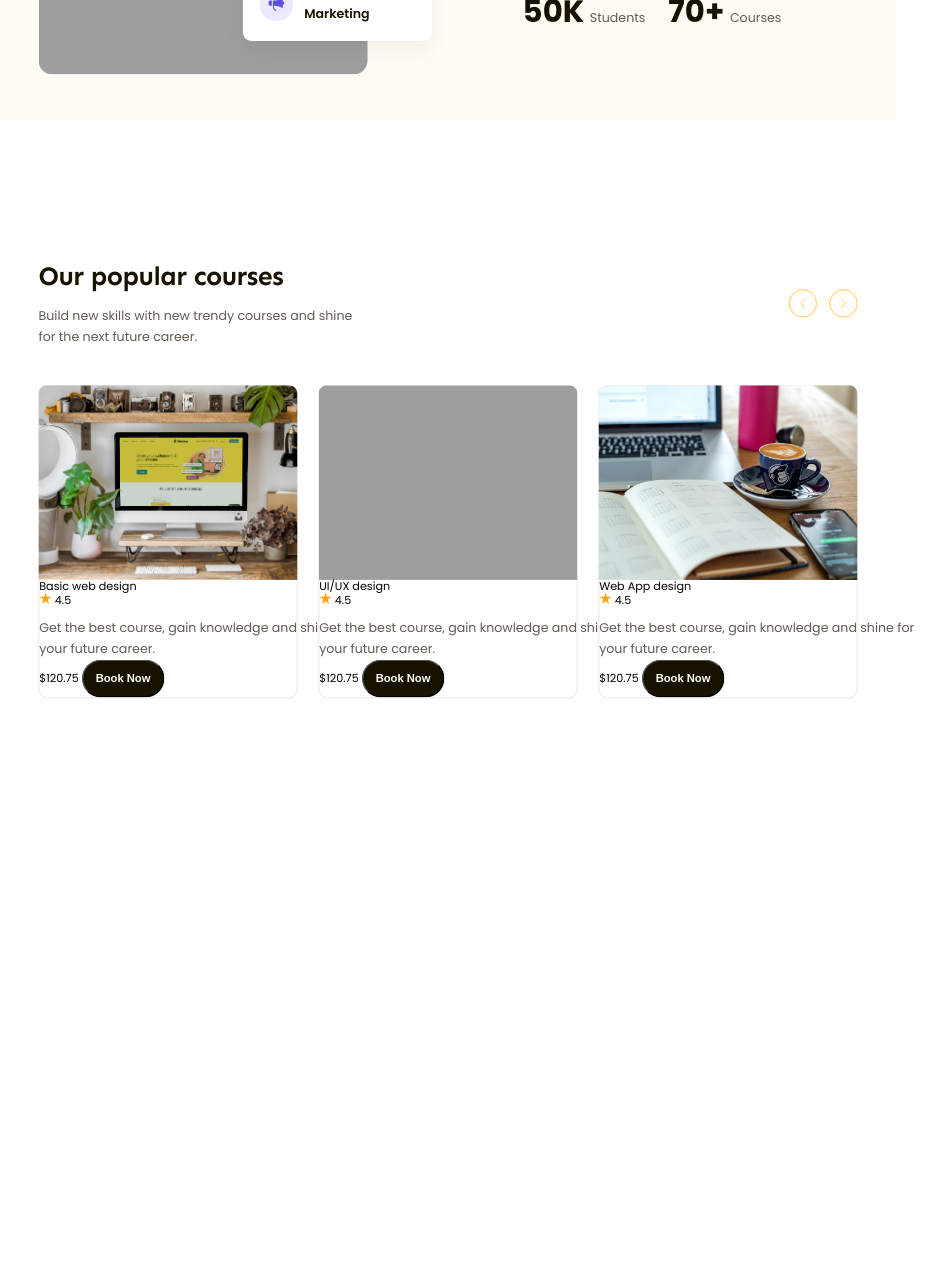
Repository: dovanlanh/f8-project-02
Page: index.html
These files come from the project's save history. The page is drawn as it stood at one moment and after the next save; the edit follows.
The browser window is 1280 px wide. The page is 1314 px wide, then 1336 px, so the pictures cover 1336 px, including what lies to the right of the window. The pictures show the part of the page from y = 728 to 2568 px (the page is 10000 px tall), at 70% of full size.
Pictures or frames that could not be fetched are drawn as grey boxes.

Above is the page before, as saved 2023-02-05 17:58:28.

### index.html
<!DOCTYPE html>
<html lang="en">
<head>
    <meta charset="UTF-8">
    <meta http-equiv="X-UA-Compatible" content="IE=edge">
    <meta name="viewport" content="width=device-width, initial-scale=1.0">
    <title>F8 Project 02</title>
    <!-- reset css -->
    <link rel="stylesheet" href="./assets/css/reset.css">
    <!-- embed fonts -->
    <link rel="preconnect" href="https://fonts.googleapis.com">
    <link rel="preconnect" href="https://fonts.gstatic.com" crossorigin>
    <link href="https://fonts.googleapis.com/css2?family=Poppins:ital,wght@0,400;0,500;0,600;0,700;1,400&family=Sen:wght@700&display=swap" rel="stylesheet">
    <!-- style -->
    <link rel="stylesheet" href="./assets/css/styles.css">
</head>
<body>
    <main style=" height: 10000px">
        <!-- header  -->
        <header class="header fixed">
            <div class="main-content">
                    <div class="body">
                        <!-- logo -->
                        <img src="./assets/img/Lesson.svg" alt="Lesson" class="Logo">
                        <!-- nav -->
                        <nav class="nav">
                            <ul>
                                <li class="active">
                                    <a href="#!">Home</a>
                                </li>
                                <li>
                                    <a href="#!">Courses</a>
                                </li>
                                <li>
                                    <a href="#!">Pricing</a>
                                </li>
                                <li>
                                    <a href="#!">Reviews</a>
                                </li>
                            </ul>
                        </nav>
                        <!-- active -->
                        <div class="action">
                            <a href="#!" class="btn sign-up-btn">Sign Up</a>
                        </div>
                    </div>
            </div>
        </header>
        <!-- Hero -->
        <div class="hero">
            <div class="main-content">
                <div class="body">
                    <!-- Hero left -->
                    <div class="media-block">
                        <img src="./assets/img/guy-lesson.svg" alt="" class="img">
                        <div class="hero-summary">
                            <div class="item">
                                <div class="icon">
                                    <img src="./assets/img/list-icon1.svg" alt="">
                                </div>
                                <div class="info">
                                    <p class="label">20 Courses</p>
                                    <p class="tittle">UI/UX Design</p>
                                </div>
                            </div>
                            <div class="item">
                                <div class="icon">
                                    <img src="./assets/img/list-icon2.svg" alt="">
                                </div>
                                <div class="info">
                                    <p class="label">20 Courses</p>
                                    <p class="tittle">Development</p>
                                </div>
                            </div>
                            <div class="item">
                                <div class="icon">
                                    <img src="./assets/img/list-icon3.svg" alt="">
                                </div>
                                <div class="info">
                                    <p class="label">30 Courses</p>
                                    <p class="tittle">Marketing</p>
                                </div>
                            </div>
                        </div>
                    </div>
                    <!-- hero-right -->
                    <div class="content-block">
                        <h1 class="heading lv1">Learn without limits and spread knowledge.</h1>
                        <p class="desc">
                            Build new skills for that “this is my year” feeling with courses, certificates, and degrees from world-class universities and companies.
                        </p>
                            <div class="cta-group">
                                <a href="#!" class="btn hero-cta">See Courses</a>
                                <button class="watch-video">
                                    <div class="icon">
                                        <img src="./assets/img/icon-watch-video.svg" alt="">
                                    </div>
                                    <span>Watch Video</span>
                                </button>
                            </div>
                        <p class="desc">Recent engagement</p>
                        <div class="desc stats">
                            <strong>50K</strong>Students
                            <strong>70+</strong>Courses
                        </div>
                    </div>
                </div>
            </div>
        </div>
        <!-- Popular -->
        <div class="popular">
            <div class="main-content">
                <!-- popular top -->
                <div class="popular-top">
                    <div class="info">
                        <h2 class="heading lv2">Our popular courses</h2>
                        <p class="desc">Build new skills with new trendy courses and shine for the next future career.</p>
                    </div>
                    <div class="controls">
                        <button class="control-btn">
                            <svg width="8" height="14" viewBox="0 0 8 14" fill="none" xmlns="http://www.w3.org/2000/svg">
                                <path d="M7 1L1 7L7 13" stroke="currentColor" stroke-linecap="round" stroke-linejoin="round"/>
                            </svg>
                        </button>
                        <button class="control-btn">
                            <svg width="8" height="14" viewBox="0 0 8 14" fill="none" xmlns="http://www.w3.org/2000/svg">
                                <path d="M1 1L7 7L1 13" stroke="currentColor" stroke-linecap="round" stroke-linejoin="round"/>
                            </svg>
                        </button>
                    </div>
                </div>
                <!-- popular-bottom -->
                <div class="course-list">
                    <!-- course item 1 -->
                    <div class="course-item">
                        <img src="./assets/img/img-popular/course1.jpg" alt="Basic web design" class="thumb">
                        <div class="info">
                            <div class="head">
                                <h3 class="tittle">Basic web design</h3>
                                <div class="rating">
                                    <img src="./assets/img/Star.svg" alt="star" class="star">
                                    <span class="value">4.5</span>
                                </div>
                            </div>
                            <p class="desc">Get the best course, gain knowledge and shine for your future career.</p>
                            <div class="foot">
                                <span class="price">$120.75</span>
                                <button class="btn">Book Now</button>
                            </div>
                        </div>
                    </div>
                    <!-- course item 2 -->
                    <div class="course-item">
                        <img src="./assets/img/img-popular/course2.jpg" alt="UI/UX design" class="thumb">
                        <div class="info">
                            <div class="head">
                                <h3 class="tittle">UI/UX design</h3>
                                <div class="rating">
                                    <img src="./assets/img/Star.svg" alt="star" class="star">
                                    <span class="value">4.5</span>
                                </div>
                            </div>
                            <p class="desc">Get the best course, gain knowledge and shine for your future career.</p>
                            <div class="foot">
                                <span class="price">$120.75</span>
                                <button class="btn">Book Now</button>
                            </div>
                        </div>
                    </div>
                    <!-- course item 3 -->
                    <div class="course-item">
                        <img src="./assets/img/img-popular/course3.jpg" alt="Web App design" class="thumb">
                        <div class="info">
                            <div class="head">
                                <h3 class="tittle">Web App design</h3>
                                <div class="rating">
                                    <img src="./assets/img/Star.svg" alt="star" class="star">
                                    <span class="value">4.5</span>
                                </div>
                            </div>
                            <p class="desc">Get the best course, gain knowledge and shine for your future career.</p>
                            <div class="foot">
                                <span class="price">$120.75</span>
                                <button class="btn">Book Now</button>
                            </div>
                        </div>
                    </div>
                </div>
            </div>
        </div>

    </main>
</body>
</html>

### assets/css/styles.css
* {
    box-sizing: border-box;
}
:root {
    --font-heading: sen, sans-serif;
    --primary-color:#FFB900;
}
html,
body {
    scroll-behavior: smooth;
    font-size: 62.5%;
}

html {
    font-size: 62.5%;
}

body {
    font-size: 1.6rem;
    font-family: 'Poppins', sans-serif;
}

/* common */
.heading {
    font-family: var(--font-heading);
    font-weight: 700;
    letter-spacing: -0.02em;
    color: #171100;
}
a {
    text-decoration: none;
}
.main-content {
    width: 1170px;
    max-width: calc(100% - 48px);
    margin-left: auto;
    margin-right: auto;
}
.btn {
    min-width: 118px;
    display: inline-block;
    padding: 0 16px;
    align-items: center;
    line-height: 50px;
    font-weight: 600;
    font-size: 1.6rem;
    text-align: center;
    color: #FFFFFF;
    background: #171100;
    border-radius: 999px;
}
.btn:hover {
    opacity: 0.9;
}
/* header */
.header {
    background:#FFFCF4;
}
.header.fixed {
    position: sticky;
    top: -32px;
    z-index: 1;
}
.header .body {
    display: flex;
    align-items: center;
    padding: 36px 0 8px;
}
.nav ul {
    display: flex;
}

.nav {
    margin-left: auto;
}
.nav a {
    position: relative;
    padding: 8px 21px;
    font-weight: 400;
    font-size: 1.6rem;
    color: #5F5B53;
}
.nav a:hover,
.nav li.active a {
    text-shadow: 1px 0 0 currentColor;
    color: #171100;
}
.nav li.active a::after {
    left: 21px;
    bottom: 6px;
    display: block;
    content: "";
    position: absolute;
    width: 12px;
    height: 2px;
    background: #171100;
    border-radius: 1px;
}
.header .sign-up-btn {
    min-width: 144px;
}
.header .action {
    margin-left: 49px;
}

/* hero */
.hero {
    padding: 56px 0 65px;
    background:#FFFCF4;
}
.hero .body {
    display: flex;
}
/* hero left */
.hero .media-block {
    width: 48%;
    position: relative;
}

.hero .media-block .img {
    width: 470px;
    height: 685px;
    object-fit: cover;
    border-radius: 20px;
    display: block;
}
.hero .media-block .hero-summary {
    position: absolute;
    right: 0;
    bottom: 48px;
}
.hero .hero-summary {
    width: 270px;
    padding: 24px;
    background: #FFFFFF;
    box-shadow: 0px 16px 32px rgba(0, 0, 0, 0.05);
    border-radius: 12px;
}
.hero-summary .item {
    display: flex;
    align-items: center;
}
.hero-summary .icon {
    width: 48px;
    height: 48px;
    border-radius: 50%;
    display: flex;
    align-items: center;
    justify-content: center;
    background: #FFF9E8;
}
.hero-summary .info {
    margin-left: 16px;
}
.hero-summary .label {
    font-weight: 400;
    font-size: 1.4rem;
    line-height: 1.86;
    color: #5F5B53;
}
.hero-summary .tittle {
    font-weight: 600;
    font-size: 1.8rem;
    line-height: 1.67;
    color: #171100;
}
.hero-summary .item + .item {
    margin-top: 22px;
}
.hero-summary .item:nth-of-type(2) .icon {
    background: #FCEFFF;
}
.hero-summary .item:nth-of-type(3) .icon {
    background: #EBEAFF;
}
/* hero right */
.hero .content-block {
    width: 52%;
    padding: 64px 0 0 130px;
}
.hero .content-block .heading.lv1 {
    font-size: 5.8rem;
    line-height: 1.17;
}
.content-block .desc {
    margin-top: 22px;
    font-weight: 400;
    font-size: 1.8rem;
    line-height: 1.67;
    color: #5F5B53;
}
.content-block .cta-group {
    margin: 38px 0 48px;
}
.content-block .cta-group .hero-cta{
    min-width: 180px;
    background-color: var(--primary-color);
    line-height: 64px;
}
.content-block .cta-group {
    display: flex;
    align-items: center;
}
.hero .watch-video {
    margin-left: 28px;
    display: flex;
    align-items: center;
    border: none;
    background: transparent;
    cursor: pointer;

}
.cta-group span {
    font-family: 'poppins', sans-serif;
    margin-left: 14px;
    font-weight: 600;
    font-size: 1.8rem;
    line-height: 1.67;
    color: #171100;
}
.hero .watch-video .icon {
    display: flex;
    align-items: center;
    justify-content: center;
    width: 40px;
    height: 40px;
    background: #FFFFFF;
    box-shadow: 0px 8px 16px rgba(0, 0, 0, 0.07);
    border-radius: 50%;
    cursor: pointer;
}
.hero .watch-video .icon:hover {
    background: orange;
    opacity: 0.5;
}
.hero .stats {
    margin: 8px 0 0 -28px;

}
.hero .stats strong {
    --font-heading: sen, sans-serif;
    padding: 0 8px 0 28px;
    font-weight: 700;
    font-size: 4.4rem;
    line-height: 1.23;
    color: #171100;
}
/* popular */
.popular {
    padding: 65px 0;
    margin-top: 135px;
}
.popular .heading.lv2 {
    font-size: 3.8rem;
    line-height: 1.26;
}
.popular .desc {
    margin-top: 16px;
    width: 458px;
    font-weight: 400;
    font-size: 1.8rem;
    line-height: 1.67;
    color: #5F5B53;
}
.popular .popular-top {
    display: flex;
    justify-content: space-between;
    align-items: center;
}
.popular-top .controls {
    display: flex;
    gap: 18px;
}
.popular-top .control-btn {
    display: flex;
    align-items: center;
    justify-content: center;
    width: 40px;
    height: 40px;
    color: var(--primary-color);
    border: 1px solid var(--primary-color);
    border-radius: 50%;
    background: transparent;
}
.popular-top .control-btn:hover {
    color: #fff;
    background: var(--primary-color);
    cursor: pointer;
}
/* Course list */
.popular .course-list {
    display: flex;
    gap: 30px;
    margin-top: 55px;
}
.popular .course-item {
    flex: 1;
    width: 370px;
    background: #FFFFFF;
    border: 1px solid #E2DFDA;
    border-radius: 12px;
}
.popular .course-item .thumb {
    width: calc(100% + 2px);
    height: 278px;
    margin: -1px;
    object-fit: cover;
    border-radius: 12px 12px 0px 0px;
}

Loaded but not shown: assets/css/reset.css (common file)

After the next save:
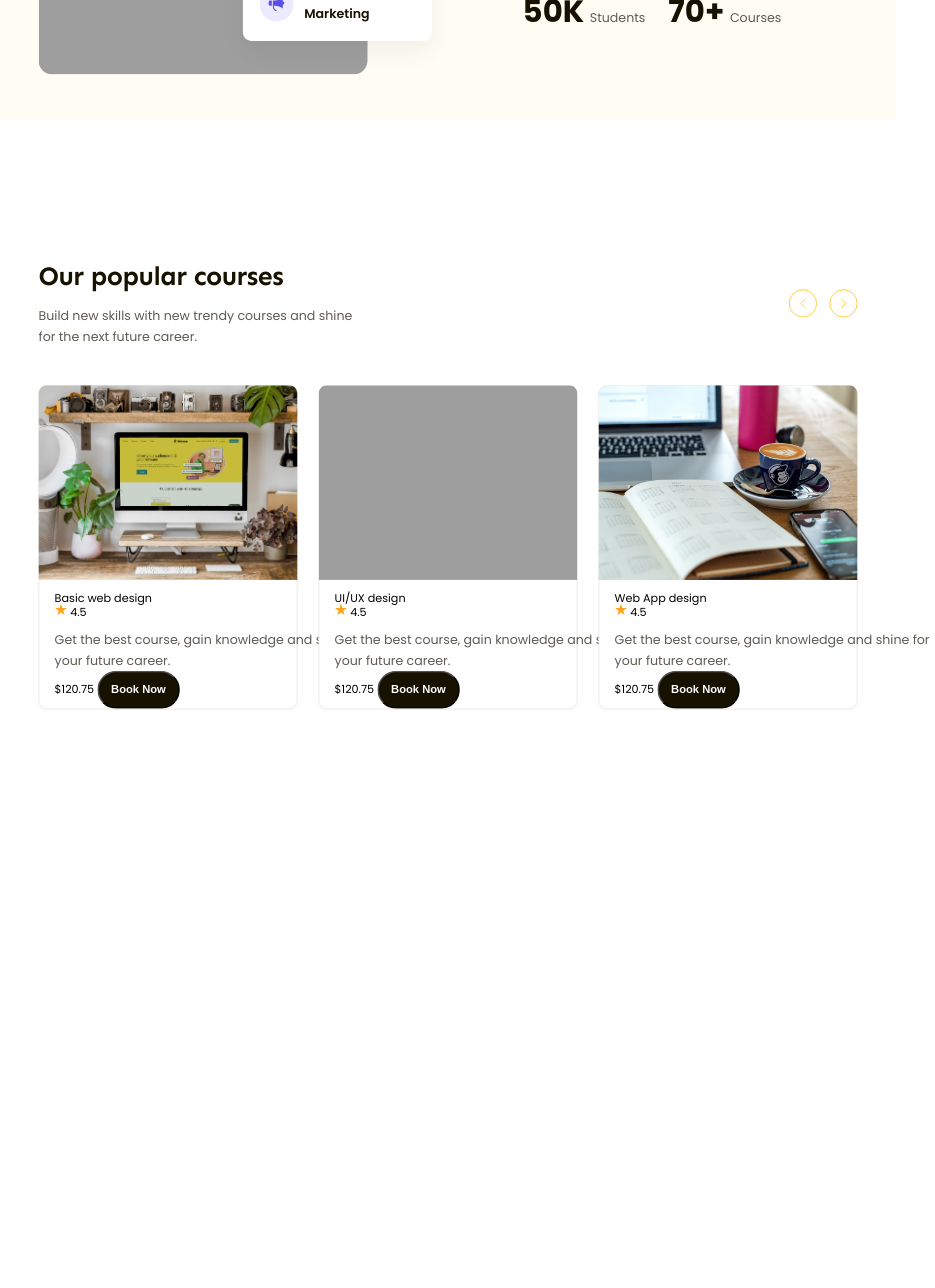
Saved 4 min 31 s later.
--- a/assets/css/styles.css
+++ b/assets/css/styles.css
@@ -307,3 +307,6 @@ a {
     object-fit: cover;
     border-radius: 12px 12px 0px 0px;
 }
+.popular .course-list .info {
+    padding: 16px 22px 0 22px;
+}
